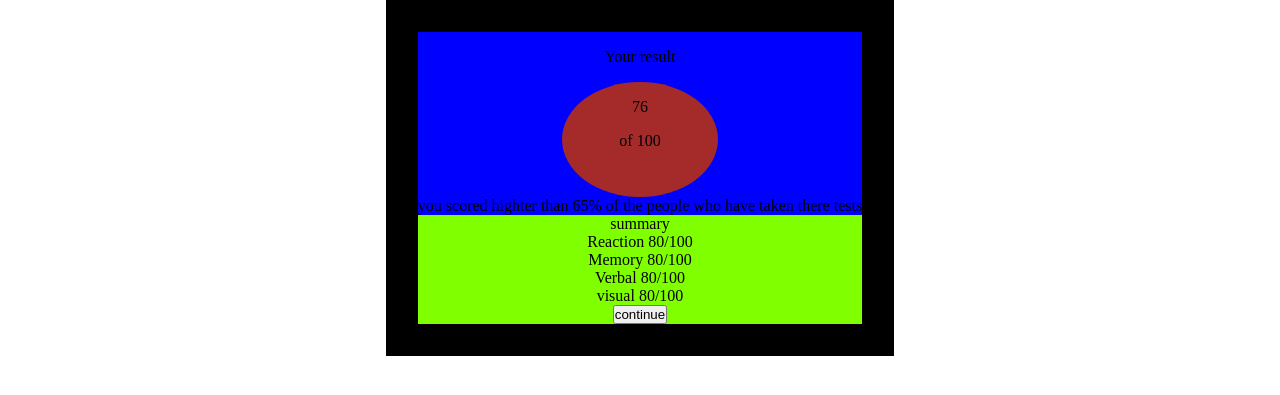
Repository: rahanwz/Card2-raha
Page: card2.html
An editor plug-in stored every save of this project. The page is shown before and after a run of saves, followed by the edit.
The browser window is 1280 px wide. The pictures show the whole page.

Above is the page before, as saved 2024-02-19 23:30:06.

### card2.html
<!DOCTYPE html>
<html lang="en">
  <head>
    <meta charset="UTF-8" />
    <meta name="viewport" content="width=device-width, initial-scale=1.0" />
    <title>Document</title>
    <link rel="stylesheet" href="card2.css" />
  </head>
  <body>
    <div class="container">
      <div class="card_container">
        <div class="top_card">
          <p>Your result</p>
          <div class="present">
           <p>76</p><p>of 100</p>
          </div>
          <p>
            you scored highter than 65% of the people who have taken there tests
          </p>
        </div>
        <div class="bottom_card">
          <p>summary</p>
          <div>Reaction 80/100</div>
          <div>Memory 80/100</div>
          <div>Verbal 80/100</div>
          <div>visual 80/100</div>
          <div><button>continue</button></div>
        </div>
      </div>
    </div>
  </body>
</html>

### card2.css
* {
  padding: 0;
  margin: 0;
  box-sizing: border-box;
}
body {
  display: flex;
  justify-content: center;
}
.container {
  background-color: black;
  padding: 2rem;
}
.card_container {
  background-color: aquamarine;
}
.card_container  {
  text-align: center;

}

.top_card :first-child{
    padding: 1rem;
}


.present {
  background-color: #f57d1f;
  height: 16vh;
  width: 35%;
  border-radius: 100%;
  background-color: brown;
  margin: auto;

}

.top_card {
  background-color: blue;
}
.bottom_card {
  background-color: chartreuse;
  height: 100%;
}

After the next 3 saves:
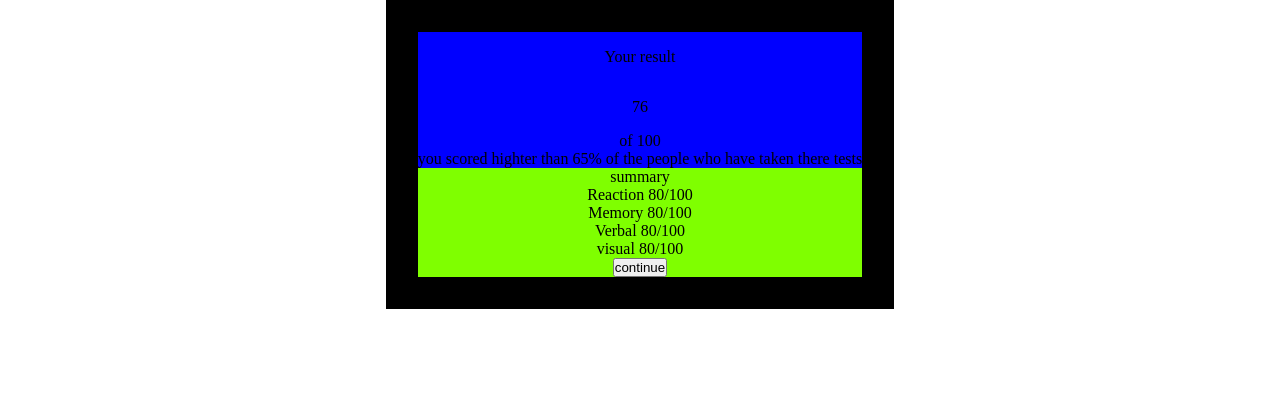
The 3 saves are shown as one change because they came seconds apart.
The last was saved 11 s later.
--- a/card2.css
+++ b/card2.css
@@ -22,7 +22,7 @@
 .top_card :first-child{
     padding: 1rem;
 }
-
+.present:
 
 .present {
   background-color: #f57d1f;

After the save that followed:
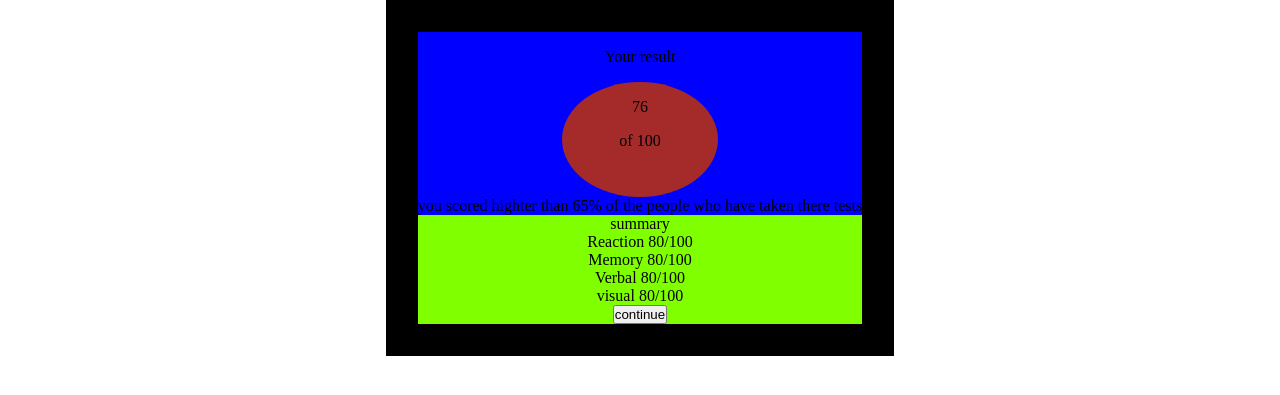
Saved 7 s later.
--- a/card2.css
+++ b/card2.css
@@ -22,7 +22,9 @@
 .top_card :first-child{
     padding: 1rem;
 }
-.present:
+.present:first-child{
+
+}
 
 .present {
   background-color: #f57d1f;
